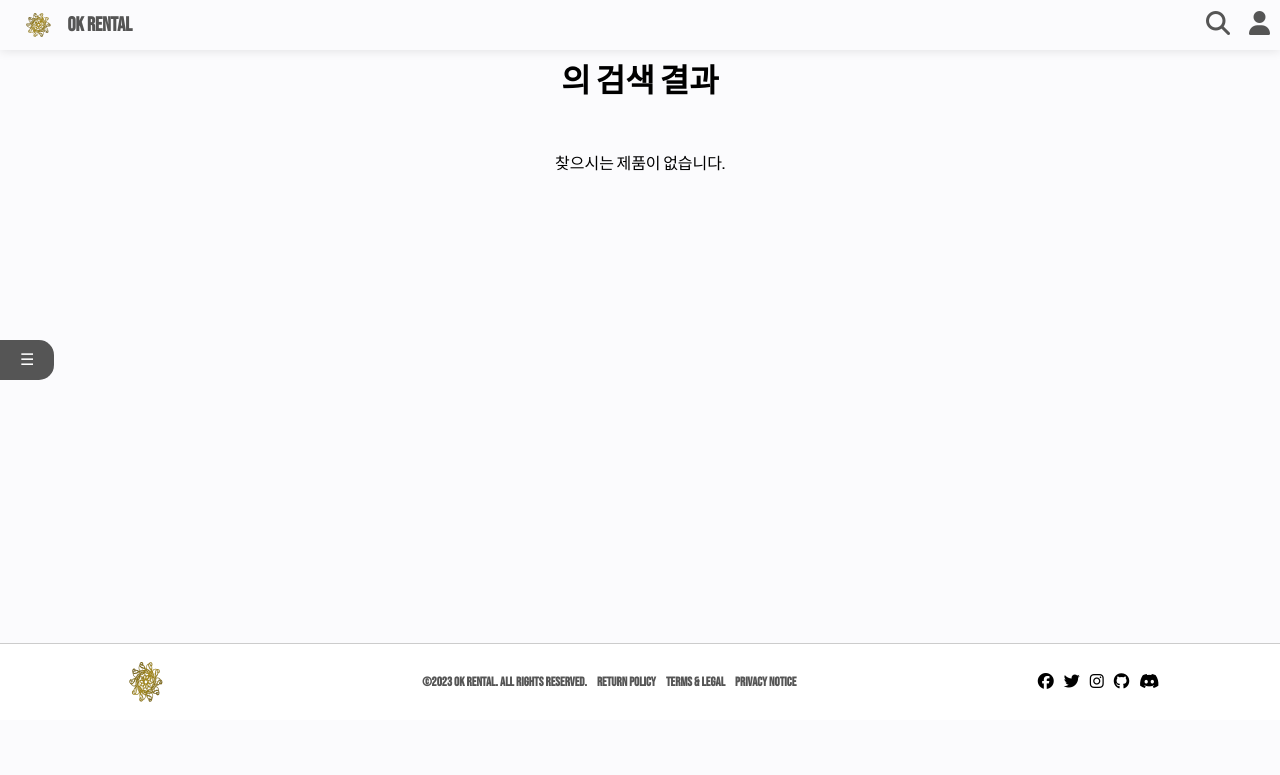
Repository: bbqju13/52si
Page: http://localhost/spring/WEB-INF/views/product/searchResult.jsp
An editor plug-in stored every save of this project. The page is shown before and after the next save, followed by the edit.
The browser window is 1280 px wide. The pictures show the whole page.
Some web libraries are served in a nearby version. The page is served by Tomcat 9. Nobody is signed in. The template is opened directly, without the code that normally fills it, so the values that code supplies are empty.

Above is the page before, as saved 2023-07-26 00:41:52.
Console error: TypeError: Cannot read properties of null (reading 'addEventListener')

After the next save:
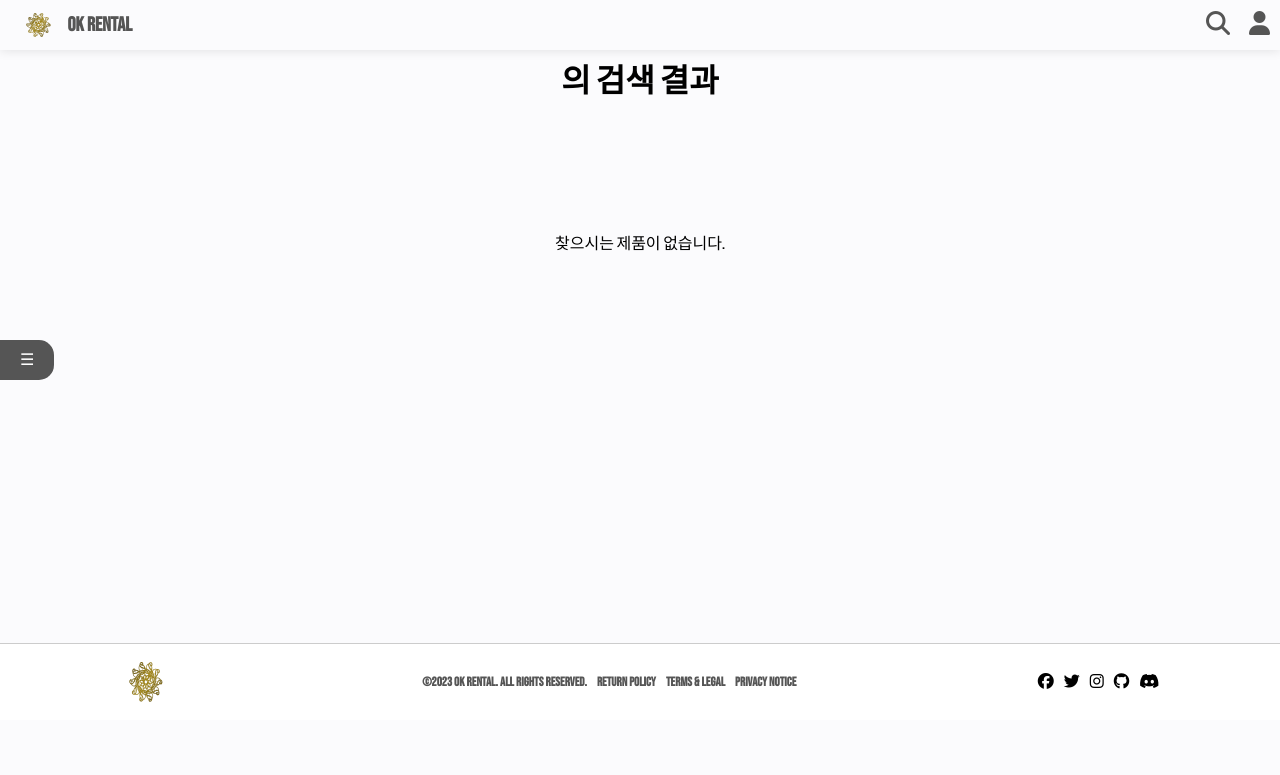
Saved 64 s later.
--- a/spring/src/main/webapp/resources/css/product/list.css
+++ b/spring/src/main/webapp/resources/css/product/list.css
@@ -175,5 +175,5 @@ body {
   }
 
 #emptyPara {
-	margin-top: 3rem;
+	margin-top: 8rem;
 }
